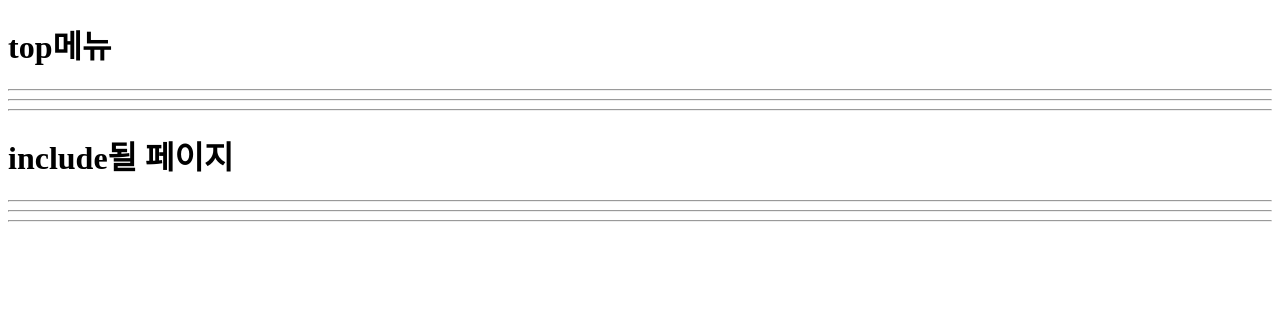
Repository: sonic247897/multicampus-sts
Page: http://localhost/firstPro/jsptest/mainPage.jsp
These files come from the project's save history. The page is drawn as it stood at one moment and after a run of saves; the edit follows.
The browser window is 1280 px wide. The pictures show the whole page.
The page is served by Tomcat 9.

Above is the page before, as saved 2020-01-29 06:32:50.

After the next 2 saves:
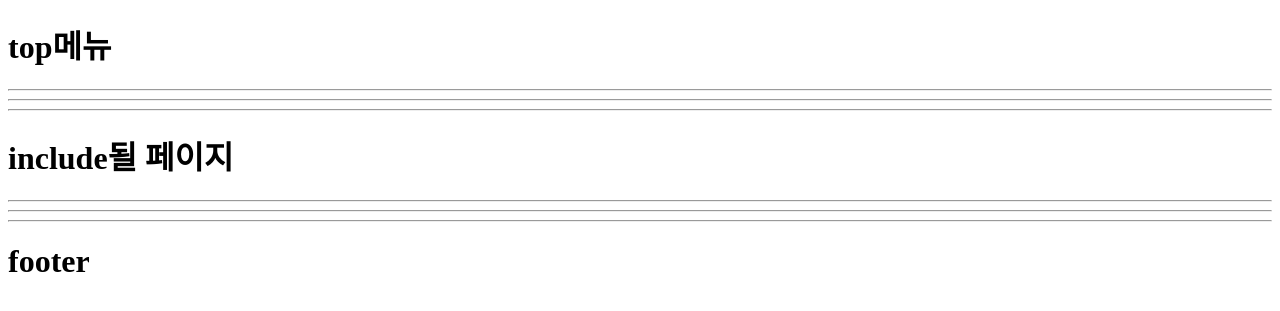
The 2 saves are shown as one change because they came seconds apart.
The last was saved 19 s later.
--- a/firstPro/src/main/webapp/jsptest/mainPage.jsp
+++ b/firstPro/src/main/webapp/jsptest/mainPage.jsp
@@ -10,5 +10,6 @@
 	<h1>top메뉴</h1>
 	<jsp:include page="subPage.jsp"/>
 
+	<h1>footer</h1>
 </body>
 </html>
